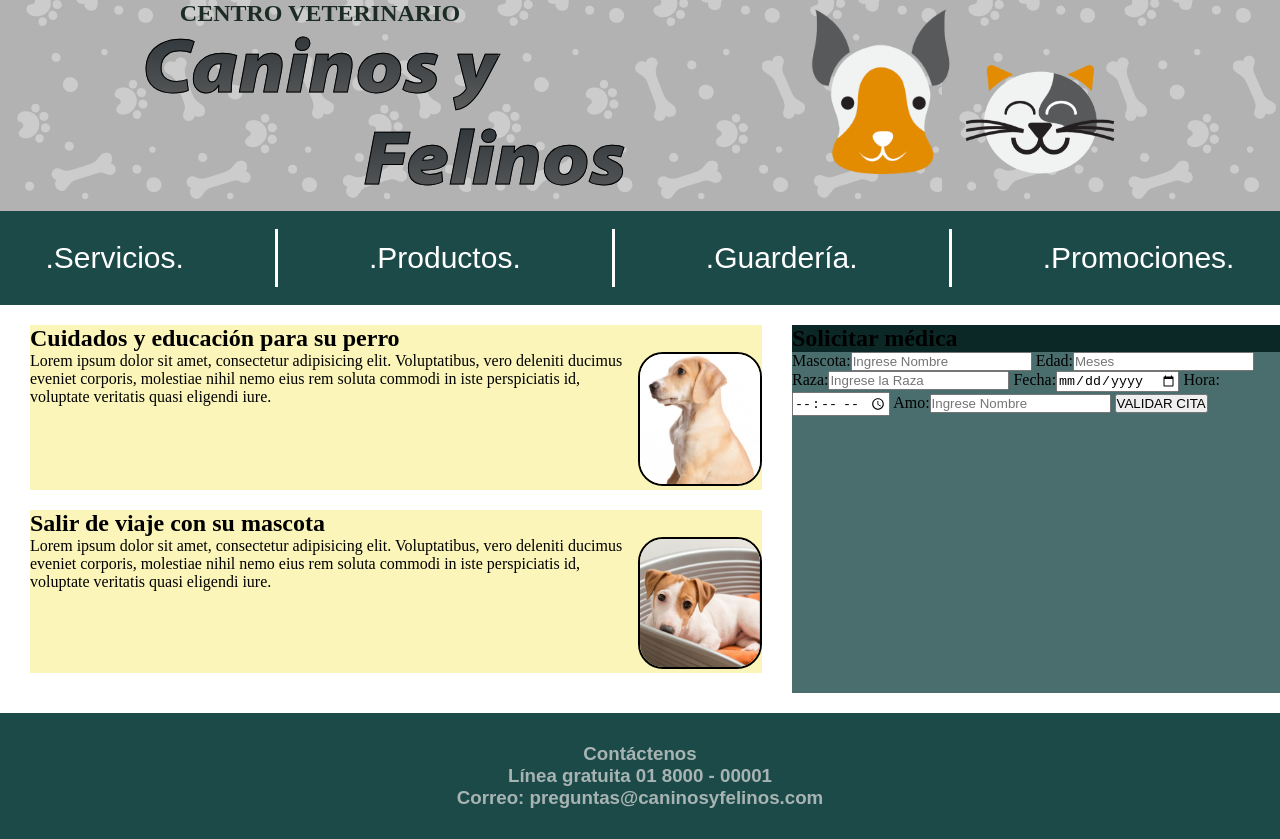
Repository: mariomr87/senaweb01
Page: principal.html
These files come from the project's save history. The page is drawn as it stood at one moment and after the next save; the edit follows.
The browser window is 1280 px wide. The pictures show the whole page.

Above is the page before, as saved 2021-10-23 10:29:51.

### principal.html
<!DOCTYPE html>
<html lang="en">
<head>
    <meta charset="UTF-8">
    <meta http-equiv="X-UA-Compatible" content="IE=edge">
    <meta name="viewport" content="width=device-width, initial-scale=1.0">
    <link rel="stylesheet" href="estilos.css">
    <title>Document</title>
</head>
<body>
    <div>
        <header>
            <div id="cabecera">
                <div class="header-text">
                    <h3>CENTRO VETERINARIO</h3>
                    <h1><span id="header-text-degrad">Caninos y <br><span id="text-felinos">Felinos</span></spa></h1>
                </div>
                <div class="header-img">
                    <img src="./imagenes/dog_white.png" alt="">
                    <img src="./imagenes/cat_white.png" alt="">
                </div>
            </div>
        </header>
        <nav>
            <td>
                <tr><a href="">.Servicios.</a><span class="linea"></span></tr>
                <tr><a href="">.Productos.</a><span class="linea"></span></tr>
                <tr><a href="">.Guardería.</a><span class="linea"></span></tr>
                <tr><a href="">.Promociones.</a></tr>
            </td>
        </nav>
        <div class="centro-pag">
            <section>
                <article class="noticias">
                    <h2>Cuidados y educación para su perro</h2>
                    <div class="centropag-texto">
                        <p>Lorem ipsum dolor sit amet, consectetur adipisicing elit. Voluptatibus, vero deleniti ducimus eveniet corporis, molestiae nihil nemo eius rem soluta commodi in iste perspiciatis id, voluptate veritatis quasi eligendi iure.</p>
                        <div><img src="./imagenes/perro1.png" alt=""></div>
                    </div>
                </article>
                <article class="noticias">
                    <h2>Salir de viaje con su mascota</h2>
                    <div class="centropag-texto">
                        <p>Lorem ipsum dolor sit amet, consectetur adipisicing elit. Voluptatibus, vero deleniti ducimus eveniet corporis, molestiae nihil nemo eius rem soluta commodi in iste perspiciatis id, voluptate veritatis quasi eligendi iure.</p>
                        <div><img src="./imagenes/perro2.png" alt=""></div>
                    </div>
                </article>
            </section>
            <aside>
                <form action="">
                    <div><h2>Solicitar médica</h2></div>
                    <div class="cuestionario">
                        <label for="mascota_name">Mascota:</label><input type="text" placeholder="Ingrese Nombre" id="">
                        <label for="age_pet">Edad:</label><input type="number" name="" id="" placeholder="Meses">
                        <label for="raza_pet">Raza:</label><input type="text" name="" id="" placeholder="Ingrese la Raza">
                        <label for="fecha_ingreso_pet">Fecha:</label><input type="date" name="" id="">
                        <label for="hora_ingreso_pet">Hora:</label><input type="time" name="" id="">
                        <label for="amo_pet">Amo:</label><input type="text" name="" id="" placeholder="Ingrese Nombre">
                        <button type="submit">VALIDAR CITA</button>
                    </div>
                </form>
            </aside>
        </div>
        <footer>
            <h3>Contáctenos</h3>
            <h3>Línea gratuita 01 8000 - 00001</h3>
            <h3>Correo: preguntas@caninosyfelinos.com</h3>
        </footer>
    </div>
</body>
</html>

### estilos.css
*{
    margin: 0px;
    padding: 0px;
}

@font-face {
    font-family: Myriad_Pro ;
    src: url(./extra/MyriadProBlackSemiExtendedItalic.otf);
}

h1{
    font-family: Myriad_pro;
}

header div img{
    width: 10em;
}

#cabecera{
    background-image: url("./imagenes/fondo.png");
    background-repeat: initial;
    width: 100%;
    display: flex;
    text-align: center;
}

.header-text,.header-img{
    width:50%;
}

.header-text h3{
    font-size: 1.5em;
    color:#1c2c24;
}

.header-text h1{
    font-size: 4.8em;
}

#header-text-degrad{
    background: linear-gradient(#30373b,#5c5c5c);
    -webkit-background-clip: text;
    -webkit-text-fill-color: transparent;
    -webkit-text-stroke: 1px black;
}

#text-felinos{
    margin-left: 350px;
}

nav{
    display: flex;
    flex-direction: row;
    justify-content: space-around;
    background: #1c4a48;
    margin-bottom: 20px;
}

nav a{
    color: #fff;
    text-decoration: none;
    font-size: 30px;
    font-family: Arial, Helvetica, sans-serif;
    padding: 30px 0;

}

.linea{
    border-right: 3px solid #fff;
    margin: 18px 0;
}

.centro-pag{
    display: flex;
}

.centro-pag section{
    border-radius: 25px;
}

.noticias{
    margin-bottom: 20px;
}

.centropag-texto{
    display: flex;
}

section{

    width: 60%;
    margin: 0 30px;
}

article{
    background: #fbf5ba;
}

article div img {
    width: 120px;
    border: 2px solid black;
    border-radius: 25px;
}

form  div h2{
    background:#0b2826 ;
}

aside{
    background: #496e6d;
    width: 40%;
}

footer{
    text-align: center;
    background: #1c4a48;
    color: #a8b4b3;
    padding: 30px 0;
    font-family: Arial, Helvetica, sans-serif;
    margin-top: 20px;
}

After the next save:
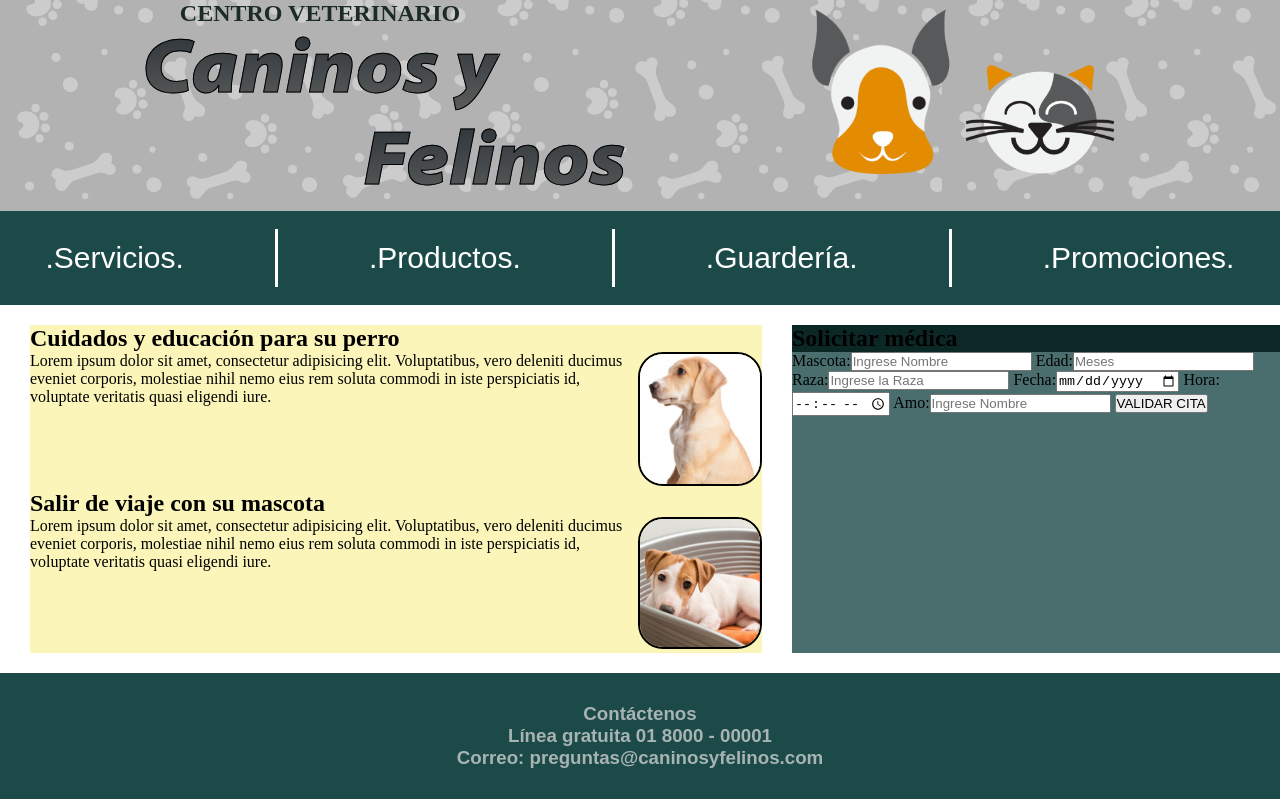
Saved 20 s later.
--- a/estilos.css
+++ b/estilos.css
@@ -78,16 +78,11 @@ nav a{
     border-radius: 25px;
 }
 
-.noticias{
-    margin-bottom: 20px;
-}
-
 .centropag-texto{
     display: flex;
 }
 
 section{
-
     width: 60%;
     margin: 0 30px;
 }

After the 2 saves that followed:
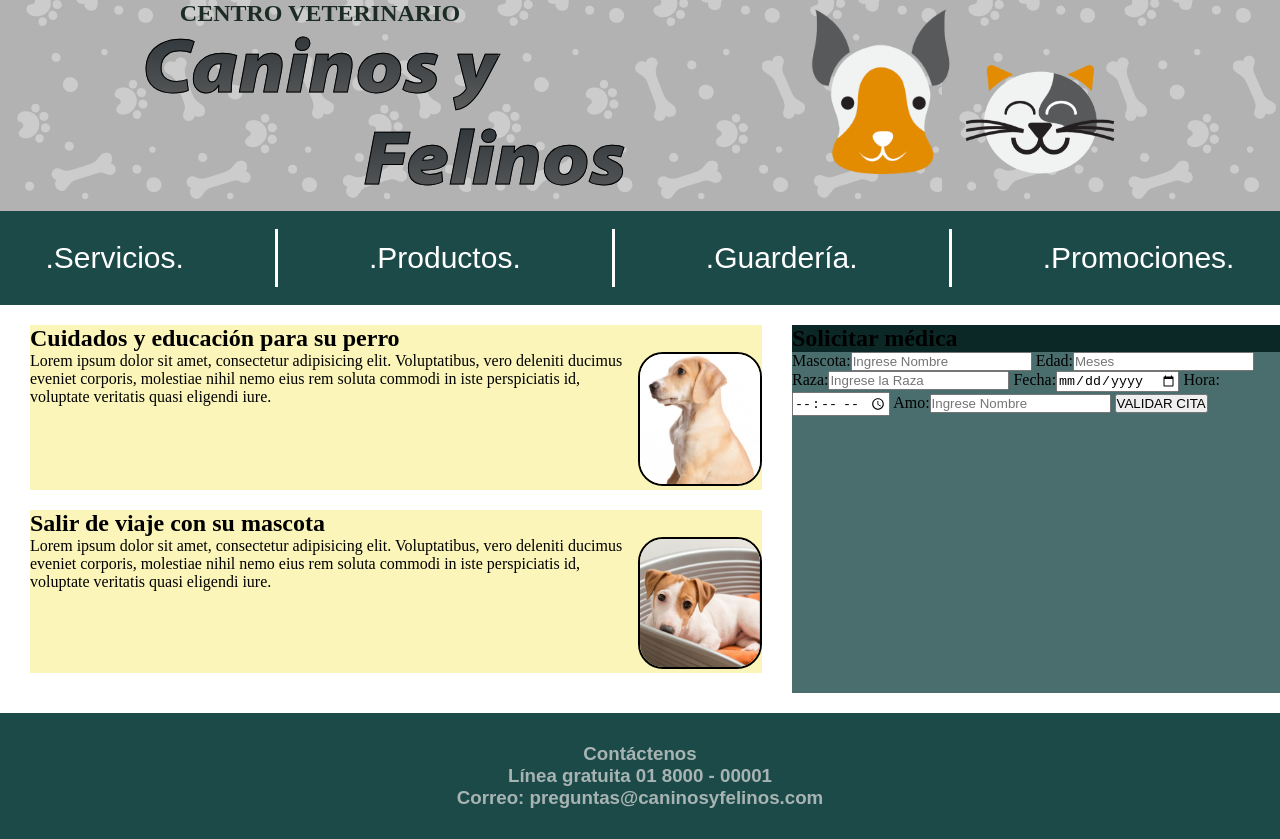
The 2 saves are shown as one change because 1 left the picture as it was.
The last was saved 29 s later.
--- a/principal.html
+++ b/principal.html
@@ -31,14 +31,14 @@
         </nav>
         <div class="centro-pag">
             <section>
-                <article class="noticias">
+                <article>
                     <h2>Cuidados y educación para su perro</h2>
                     <div class="centropag-texto">
                         <p>Lorem ipsum dolor sit amet, consectetur adipisicing elit. Voluptatibus, vero deleniti ducimus eveniet corporis, molestiae nihil nemo eius rem soluta commodi in iste perspiciatis id, voluptate veritatis quasi eligendi iure.</p>
                         <div><img src="./imagenes/perro1.png" alt=""></div>
                     </div>
                 </article>
-                <article class="noticias">
+                <article>
                     <h2>Salir de viaje con su mascota</h2>
                     <div class="centropag-texto">
                         <p>Lorem ipsum dolor sit amet, consectetur adipisicing elit. Voluptatibus, vero deleniti ducimus eveniet corporis, molestiae nihil nemo eius rem soluta commodi in iste perspiciatis id, voluptate veritatis quasi eligendi iure.</p>
--- a/estilos.css
+++ b/estilos.css
@@ -89,6 +89,7 @@ section{
 
 article{
     background: #fbf5ba;
+    margin-bottom: 20px;
 }
 
 article div img {
